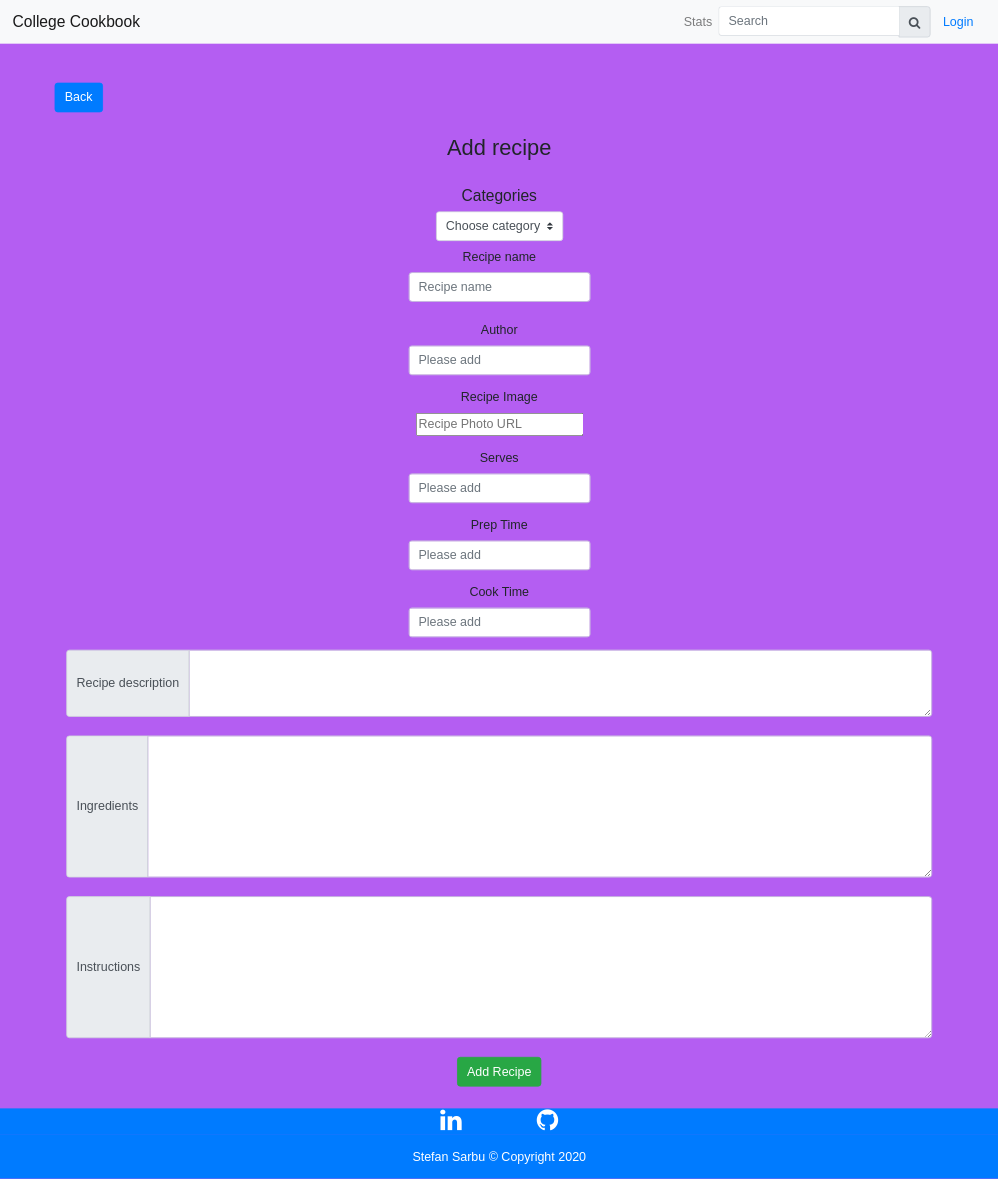
Repository: iiostefanos/college-cookbook
Page: templates/add_recipe.html
The author's editor kept a record of every edit. The page is drawn from the files as they stood at one moment, then again after the next edit.
The browser window is 1280 px wide. The pictures show the whole page, at 78% of full size.
The page is served by the project's application, run on Flask 3 (app.py). The template is opened directly, without the code that normally fills it, so the values that code supplies are empty.

Above is the page before.

### templates/add_recipe.html
{% extends 'base.html' %} {% block content %}

<div class="container h-100">
 <div class="row d-flex h-100">
    <div class="align-self-start mr-auto">
 <a class="btn btn-primary" href="{{url_for('get_recipes')}}">Back</a>
    </div>
  </div>
</div>

<main class="container">
    <h3 class="text-center">Add recipe</h3>

    <div class="row">
        <form action="{{ url_for('insert_recipe') }}" method="POST" class="col-md-12">

            <!--Category selection-->
            <div class="row justify-content-md-center">
                <div class="form-row text-center mt-4">
                    <div class="col-md-12">

                        <h5 class="text-center">Categories</h5>
                        <select id="category" name="category_name" class="custom-select">
                            <option value="" disable selected>Choose category</option>
                            {% for cat in categories %}
                            <option value="{{cat.category_name}}">{{cat.category_name}}</option>
                            {% endfor %}
                        </select>
                    </div>
                </div>
            </div>


            <!--Recipe name field-->
            <div class="container-fluid text-center">
                <div class="row justify-content-md-center mt-2">
                    <div class="form-group">
                        <label for="formGroupExampleInput">Recipe name</label>
                        <input type="text" class="form-control" id="recipe_name" name="recipe_name" placeholder="Recipe name">
                    </div>
                </div>
            </div>

             <!--Author field-->
            <div class="container-fluid text-center mx-auto">
                <div class="row justify-content-md-center mt-2">
                    <div class="form-group">
                        <label for="formGroupExampleInput2">Author</label>
                        <input type="text" class="form-control" id="Author" name="Author" placeholder="Please add">
                    </div>
                </div>
            </div>

            <!--Image field-->
            <div class="container-fluid text-center mx-auto">
                <div class="row justify-content-md-center">
                    <div class="form-group">
                        <label for="formGroupExampleInput">Recipe Image</label>
                        <div class="imgurl">
                            <input id="img_src" name="recipe_image" type="text" minlength="15" placeholder="Recipe Photo URL" pattern="https?://.+" autocomplete="off">
                        </div>
                    </div>
                </div>
            </div>

            <!-- Serves, Prep time and cook time fields-->
            <div class="container-fluid text-center mx-auto">
                <div class="row justify-content-md-center">
                    <div class="form-group">
                        <label for="formGroupExampleInput2">Serves</label>
                        <input type="text" class="form-control" id="Serves" name="Serves" placeholder="Please add">
                    </div>
                </div>
            </div>

            <div class="container-fluid text-center mx-auto">
                <div class="row justify-content-md-center">
                    <div class="form-group">
                        <label for="formGroupExampleInput2">Prep Time</label>
                        <input type="text" class="form-control" id="Prep_Time" name="Prep_Time" placeholder="Please add">
                    </div>
                </div>
            </div>

            <div class="container-fluid text-center mx-auto">
                <div class="row justify-content-md-center">
                    <div class="form-group">
                        <label for="formGroupExampleInput2">Cook Time</label>
                        <input type="text" class="form-control" id="Cook_Time" name="Cook_Time" placeholder="Please add">
                    </div>
                </div>
            </div>



            <!--Recipe description container-->
            <div class="container-fluid text-center mx-auto">
                <div class="row">
                    <div class="input-group">
                        <div class="input-group-prepend">
                            <span class="input-group-text">Recipe description</span>
                        </div>
                        <textarea class="form-control" aria-label="Recipe description" name="recipe_description" rows="3" cols="30"></textarea>
                    </div>
                </div>
            </div>


            <!--Ingredients container-->
            <div class="container-fluid text-center mx-auto">
                <div class="row mt-4">
                    <div class="input-group">
                        <div class="input-group-prepend">
                            <span class="input-group-text">Ingredients</span>
                        </div>
                        <textarea class="form-control" aria-label="Ingredients" name="Ingredients" rows="7" cols="30"></textarea>
                    </div>
                </div>
            </div>



            <!--Instructions container-->
            <div class="container-fluid text-center mx-auto">
                <div class="row mt-4">
                    <div class="input-group">
                        <div class="input-group-prepend">
                            <span class="input-group-text">Instructions</span>
                        </div>
                        <textarea class="form-control" aria-label="Instructions" name="Instructions" rows="7" cols="30"></textarea>
                    </div>
                </div>
            </div>

            <br>
            <!--Submit button-->
            <div class="container-fluid text-center mx-auto">
                <div class="row justify-content-md-center mb-3">
                    <div class="col-md-6">
                        <button type="submit" class="btn btn-success">Add Recipe</button>
                    </div>
                </div>
            </div>
        </form>
        <br>


  </main>







        {% endblock %}

### templates/base.html
<!DOCTYPE html>
<html>
    <head>

        <!-- Bootstrap CSS -->
        <link rel="stylesheet" href="https://stackpath.bootstrapcdn.com/bootstrap/4.4.1/css/bootstrap.min.css" integrity="sha384-Vkoo8x4CGsO3+Hhxv8T/Q5PaXtkKtu6ug5TOeNV6gBiFeWPGFN9MuhOf23Q9Ifjh" crossorigin="anonymous">

        <!-- Custom CSS -->
        <link rel="stylesheet" href="{{url_for('static', filename='css/style.css')}}" type="text/css"/>
        <!-- Font awesome -->
        <link href="https://stackpath.bootstrapcdn.com/font-awesome/4.7.0/css/font-awesome.min.css" rel="stylesheet" integrity="sha384-wvfXpqpZZVQGK6TAh5PVlGOfQNHSoD2xbE+QkPxCAFlNEevoEH3Sl0sibVcOQVnN" crossorigin="anonymous">
        <link rel="shortcut icon" type="image/png" href="{{url_for('static', filename='img/favicon.png')}}" />
    </head>
    <body>

        <header>
            <nav class="navbar navbar-expand-lg navbar-light bg-light">
  <a class="navbar-brand" href="{{url_for('get_recipes')}}">College Cookbook</a>
  <button class="navbar-toggler" type="button" data-toggle="collapse" data-target="#navbarNavAltMarkup" aria-controls="navbarNavAltMarkup" aria-expanded="false" aria-label="Toggle navigation">
    <span class="navbar-toggler-icon"></span>
  </button>
  <div class="collapse navbar-collapse" id="navbarNavAltMarkup">
    <div class="navbar-nav ml-auto">

      <a class="nav-item nav-link" href="{{url_for('stats')}}">Stats</a>
      <div class="input-group">
      <input class="form-control py-2 border-right-0 border" type="search" placeholder="Search">
      <div class="input-group-append">
          <div class="input-group-text" id="btnGroupAddon2"><i class="fa fa-search"></i></div>
      </div>
  </div>
  </div>

      {% if user is defined %}
      {% block navbar %}

{% endblock %}

        <ul class="navbar-nav navbar-center">
               <a class="nav-link" href="{{ url_for('add_recipe') }}">Add a Recipe</a>
               <a class="nav-link" href="{{ url_for('logout') }}">Log Out</a>



        {% else %}

      <a class="nav-item nav-link" data-toggle="modal" data-target="#login" href="{{url_for('get_recipes')}}">Login</a>
      {% endif %}
      </ul>
    </div>
  </div>
</nav>

<br>
</header>



        {% block content %}
        {% endblock %}





<!-- Login Modal -->
<div class="modal fade" id="login" tabindex="-1" role="dialog" aria-labelledby="ModalLabel" aria-hidden="true">
  <div class="modal-dialog" role="document">
    <div class="modal-content">
      <div class="modal-header">
        <h5 class="modal-title" id="ModalLabel">Login to your account</h5>
        <button type="button" class="close" data-dismiss="modal" aria-label="Close">
          <span aria-hidden="true">&times;</span>
        </button>
      </div>
      <div class="modal-body">
        <form role="form" method=POST action="{{ url_for('login') }}">
                      <div class="form-group">
                        <label for="user"><i class="fa fa-user" aria-hidden="true"></i>
Username</label>
                          <input type="user" class="form-control" placeholder="Username" name="username" required value="{{
          request.form.username }}">
                      </div>
                      <div class="form-group">
                        <label for="password"><i class="fa fa-pencil-square-o" aria-hidden="true"></i>
Password</label>
                          <input type="password" class="form-control" placeholder="Password" name="password" required>
                      </div>

                  <br>
            <div>
                Don't have an account? <a data-toggle="modal" data-target="#register" data-dismiss="modal" href=''>Sign up here</a>
            </div>
      </div>
      <div class="modal-footer">
        <button type="button" class="btn btn-secondary" data-dismiss="modal">Close</button>
        <button type="submit" class="btn btn-primary"><i class="fa fa-sign-in" aria-hidden="true"></i>
Login </button>
      </form>
      </div>
    </div>
  </div>
</div>

          <!-- Signup Modal -->
<div class="modal fade" id="register" tabindex="-1" role="dialog" aria-labelledby="ModalLabel" aria-hidden="true">
  <div class="modal-dialog" role="document">
    <div class="modal-content">
      <div class="modal-header">
        <h5 class="modal-title" id="ModalLabel">Signup</h5>
        <button type="button" class="close" data-dismiss="modal" aria-label="Close">
          <span aria-hidden="true">&times;</span>
        </button>
      </div>
      <div class="modal-body">
         <form role="form" method=POST action="{{ url_for('register') }}">
                      <div class="form-group">
                        <label for="user"><i class="fa fa-user" aria-hidden="true"></i>
Username</label>
                          <input type="user" class="form-control" placeholder="Username" name="username" required>
                      </div>
                      <div class="form-group">
                        <label for="password"><i class="fa fa-pencil-square-o" aria-hidden="true"></i>
 Password</label>
                          <input type="password" class="form-control" placeholder="Password" name="password" required>
                      </div>
                      <div class="form-group">
                        <label for="password"><i class="fa fa-pencil-square-o" aria-hidden="true"></i>
Re-type Password</label>
                          <input type="password" class="form-control" placeholder="Re-type Password" name="password1" required>
                      </div>

      </div>
      <div class="modal-footer">
        <button type="button" class="btn btn-secondary" data-dismiss="modal">Close</button>
        <button type="submit" class="btn btn-primary"><i class="fa fa-user-plus" aria-hidden="true"></i>

Signup </button>
       </form>
      </div>
    </div>
  </div>
</div>


<!-- Footer -->
<footer >
<div class="container-fluid">
        <div class="row bg-primary mt-2">
          <div class="col-md-12">
            <div class="d-flex justify-content-center align-items-center">

              <!--Linkedin -->
          <a target="_blank" href="https://www.linkedin.com/">
            <span class="p-5 text-white"><i class="fa fa-linkedin fa-2x" aria-hidden="true"></i></a>
          </span>


          <!--Github-->
          <a target="_blank" href="https://www.github.com/">
            <span class="p-5 text-white"><i class="fa fa-github fa-2x"> </i>
          </a>
          </span>
            </div>
          </div>
        </div>
      </div>


    <div class="container-fluid">
        <div class="row bg-primary">
          <div class="col-md-12">
            <div class="d-flex justify-content-center align-items-center">

              <span class="p-3 text-white"
                >Stefan Sarbu &copy; Copyright 2020</span
              >
            </div>
          </div>
        </div>
      </div>
</footer>
<!-- Footer -->



        <script src="https://code.jquery.com/jquery-3.4.1.slim.min.js" integrity="sha384-J6qa4849blE2+poT4WnyKhv5vZF5SrPo0iEjwBvKU7imGFAV0wwj1yYfoRSJoZ+n" crossorigin="anonymous"></script>
        <script src="https://cdn.jsdelivr.net/npm/popper.js@1.16.0/dist/umd/popper.min.js" integrity="sha384-Q6E9RHvbIyZFJoft+2mJbHaEWldlvI9IOYy5n3zV9zzTtmI3UksdQRVvoxMfooAo" crossorigin="anonymous"></script>
        <script src="https://stackpath.bootstrapcdn.com/bootstrap/4.4.1/js/bootstrap.min.js" integrity="sha384-wfSDF2E50Y2D1uUdj0O3uMBJnjuUD4Ih7YwaYd1iqfktj0Uod8GCExl3Og8ifwB6" crossorigin="anonymous"></script>
        <script src="../static/js/script.js"type="text/javascript"></script>







    </body>
</html>

### app.py
import os
from flask import Flask, render_template, redirect, request, url_for, session, flash
from flask_pymongo import PyMongo
from werkzeug.security import generate_password_hash, check_password_hash
from bson.objectid import ObjectId
from os import path

if path.exists("env.py"):
    import env

app = Flask(__name__)

app.config["MONGO_DBNAME"] = 'college_cookbook'
app.config["MONGO_URI"] = os.environ["MONGO_URI"]
app.config['SECRET_KEY'] = os.urandom(24)
mongo = PyMongo(app)

# Collections

users_collection = mongo.db.users
recipes_collection = mongo.db.recipes

# Login
@app.route('/login', methods=['GET', 'POST'])
def login():
	form = request.form.to_dict()
	user_in_db = users_collection.find_one({'username': form['username']})
	# Check for user in database
	if user_in_db:
		# If passwords match (hashed / real password)
		if check_password_hash(user_in_db['password'], form['password']):
			# Log user in (add to session)
			session['user'] = form['username']
			# If the user is admin redirect him to admin area
			if session['user'] == "user":
				return redirect(url_for('get_recipes'))
			else:
				flash("Logged in successful!")
				return redirect(url_for('get_recipes', user=user_in_db['username']))

		else:
			flash("Wrong password or username!")
			flash("Try login again")
			return redirect(url_for('get_recipes'))
	else:
		flash("You need to signup !")
		return redirect(url_for('get_recipes'))



# Sign up
@app.route('/register', methods=['GET', 'POST'])
def register():
	# Check if user is not logged in already
	if 'user' in session:
		flash('Already sign in!')
		return redirect(url_for('get_recipes'))
	if request.method == 'POST':
		form = request.form.to_dict()
		# Check if the password and password1 actually match
		if form['password'] == form['password1']:
			# If so try to find the user in db
			user = users_collection.find_one({"username" : form['username']})
			print(form)
			if user:
				flash(f"{form['username']} already exists!")
				return redirect(url_for('get_recipes'))
			# If user does not exist register new user
			else:
				# Hash password
				hash_pass = generate_password_hash(form['password'])
				#Create new user with hashed password
				users_collection.insert_one(
					{
						'username': form['username'],
						'password': hash_pass
					}
				)
				# Check if user is actually saved
				user_in_db = users_collection.find_one({"username": form['username']})
				if user_in_db:
					# Log user in (add to session)
					session['user'] = user_in_db['username']
					return redirect(url_for('get_recipes', user=user_in_db['username']))
				else:
					flash("There was a problem saving your profile")
					return redirect(url_for('get_recipes'))

		else:
			flash("Passwords don't match!")
			return redirect(url_for('get_recipes'))

	return render_template("recipes")

# Log out
@app.route('/logout')
def logout():
	# Clear the session
	session.clear()
	flash('You were logged out!')
	return redirect(url_for('get_recipes'))

@app.route('/')
@app.route('/get_recipes')
def get_recipes():
    if 'user' in session:
      return render_template("recipes.html", recipes=mongo.db.recipes.find(), user = session['user'])
    else:
      return render_template("recipes.html", recipes=mongo.db.recipes.find())



@app.route('/stats')
def stats():
    return render_template("stats.html",
    recipes=mongo.db.recipes.find())


@app.route('/add_recipe')
def add_recipe():
    if 'user' in session:
        categories=mongo.db.categories.find()
        flash('Recipe added')
        return render_template('add_recipe.html', categories = categories)
    else:
        return render_template("recipes.html", recipes=mongo.db.recipes.find())

@app.route ('/insert_recipe', methods=['POST'])
def insert_recipe():
    recipes=mongo.db.recipes
    recipes.insert_one(request.form.to_dict())
    return redirect(url_for('get_recipes'))

@app.route('/edit_recipe/<recipe_id>', methods=['POST'])
def edit_recipe(recipe_id):
    if 'user' in session:
        the_recipe = mongo.db.recipes.find_one({"_id": ObjectId(recipe_id)})
        all_categories = mongo.db.categories.find()
        return render_template('edit_recipe.html', recipe=the_recipe, categories=all_categories)
    else:
        return render_template("recipes.html", recipes=mongo.db.recipes.find())

@app.route('/update_recipe/<recipe_id>', methods=['POST'])
def update_recipe(recipe_id):
    recipes=mongo.db.recipes
    recipes.update_one({'_id': ObjectId(recipe_id)},
    { "$set":
       {
        "category_name":request.form.get('category_name'),
        "recipe_name":request.form.get('recipe_name'),
        "recipe_image":request.form.get('recipe_image'),
        "Serves":request.form.get('Serves'),
        "Prep_Time":request.form.get('Prep_Time'),
        "Cook_Time":request.form.get('Cook_Time'),
        "recipe_description":request.form.get('recipe_description'),
        "Author":request.form.get('Author'),
        "Ingredients":request.form.get('Ingredients'),
        "Instructions":request.form.get('Instructions')
        }
     }
    )
    return redirect(url_for('get_recipes'))



@app.route('/delete_recipe/<recipe_id>', methods=['POST'])
def delete_recipe(recipe_id):
    if 'user' in session:
        mongo.db.recipes.remove({'_id': ObjectId(recipe_id)})
        flash('Recipe deleted')
    return redirect(url_for('get_recipes'))

@app.route('/how_to/<recipe_id>')
def how_to(recipe_id):

        the_recipe = mongo.db.recipes.find_one({"_id": ObjectId(recipe_id)})
        all_categories = mongo.db.categories.find()
        return render_template('how_to.html', recipe=the_recipe, categories=all_categories)


if __name__ == '__main__':
    app.run(host=os.environ.get('IP'),
            port=int(os.environ.get('PORT')),
            debug=True)

### static/css/style.css
body {
    background-color: #b45ef2;
    background-repeat: repeat-x;
    font-family: Arial, Helvetica, sans-serif;

    }

.btn-small
{
    height: 24px;
    width: 60px;
    line-height: 24px;
    margin: 5px 5px;
    padding: 0 0.5em;
}

.recipe-header {
    margin-top: 5px;
}

.signup {
  text-align:center;
  margin-top: 4px;
}

.videoframe {
  width:560px;
  height:315px;
  padding-right: 34px;
}

.card {
  padding-right: 3px;
  margin: 0 5px;
}

.card-img-top {
height: 300px;
width: 350px;
}

.invite{
  padding-top: 24px;
}

.charts img {


    width:  400px;
    height: 300px;
    background-size: cover;
}


.container {
  margin-top: 2%;
  padding-bottom: 4px;
}
.inner {
  overflow: hidden;
}

.inner img{
  transition: all 1.5s ease;
}

.inner:hover img {
  transform: scale(1.5);
}

.navbar-nav.navbar-center {
    position: absolute;
    left: 50%;
    transform: translatex(-50%);
}

.user-greeting {
  margin-top: 94px;
}

### static/js/script.js


window.setTimeout(function() {
    $(".alert").fadeTo(500, 0).slideUp(500, function(){
        $(this).remove();
    });
}, 2000);

After the next edit:
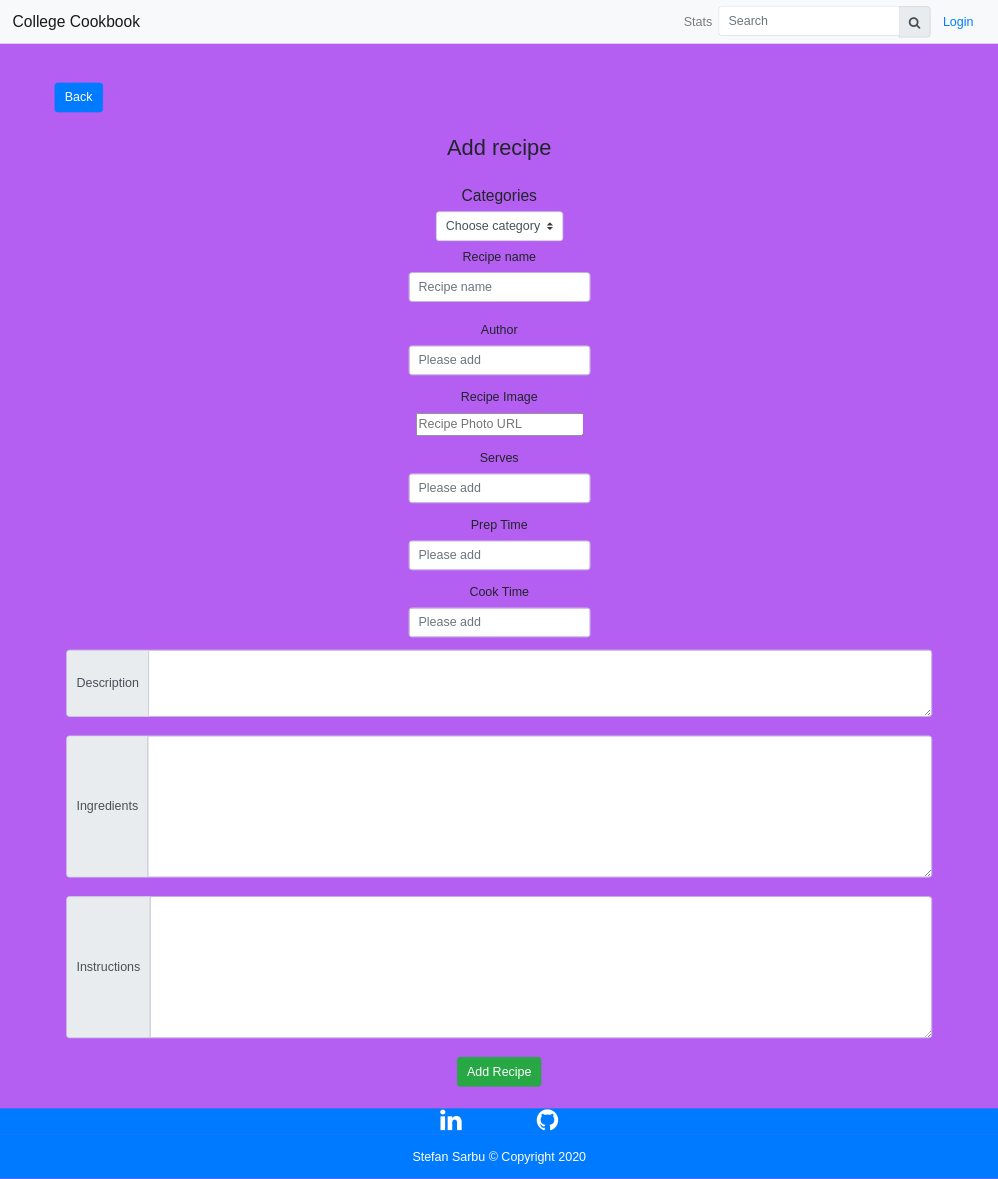
The edit:
--- a/templates/add_recipe.html
+++ b/templates/add_recipe.html
@@ -98,7 +98,7 @@
                 <div class="row">
                     <div class="input-group">
                         <div class="input-group-prepend">
-                            <span class="input-group-text">Recipe description</span>
+                            <span class="input-group-text">Description</span>
                         </div>
                         <textarea class="form-control" aria-label="Recipe description" name="recipe_description" rows="3" cols="30"></textarea>
                     </div>
